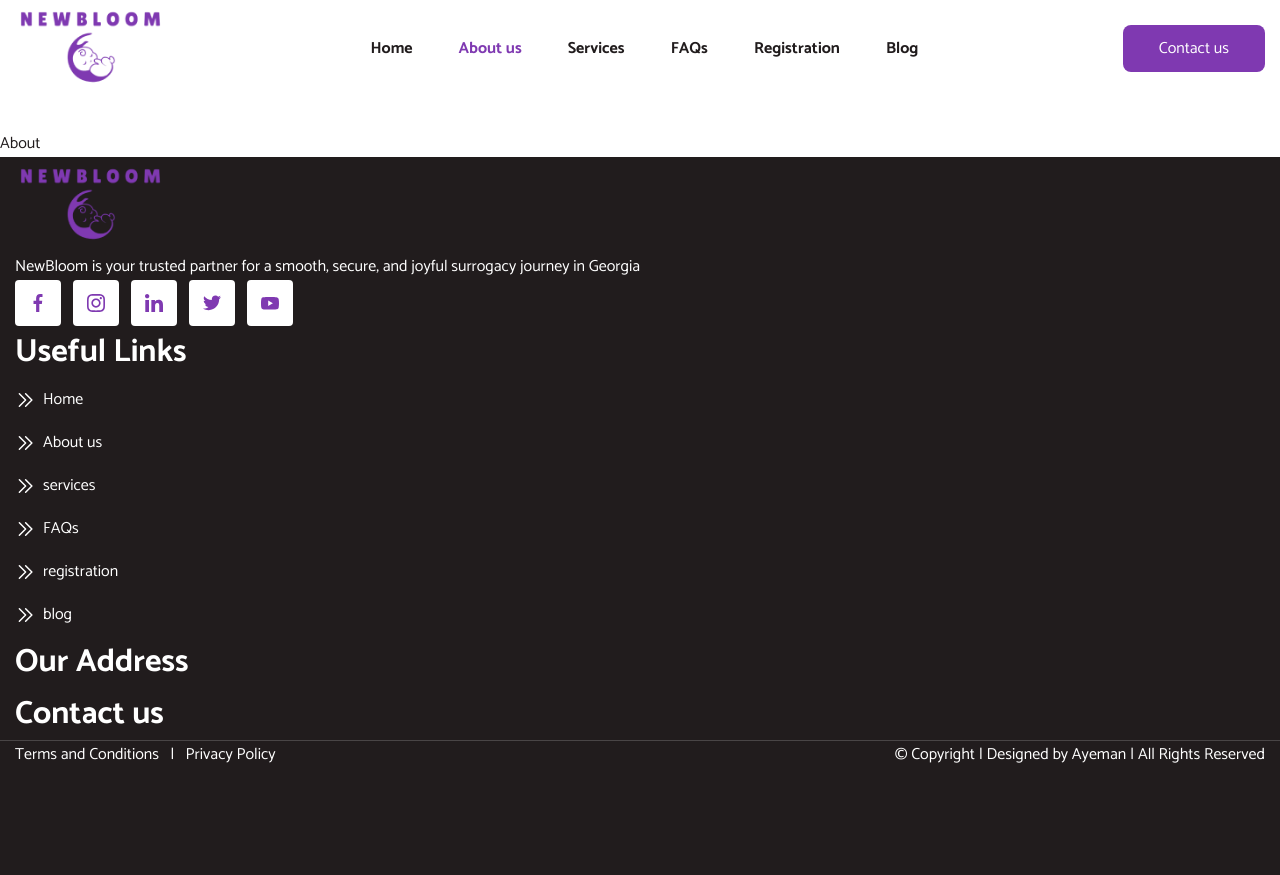
Repository: LenarTulupov/bloom
Page: /about
These files come from the project's save history. The page is drawn as it stood at one moment and after the next save; the edit follows.
The browser window is 1280 px wide. The pictures show the whole page.
The project was rebuilt for these pictures with package versions that can differ from the ones it lists, and the page was loaded fresh each time. The framework's server and built-in components were replaced by stand-ins that run in the browser. Also part of the build but not shown: next.config.ts.

Above is the page before, as saved 2024-12-28 10:40:03.

After the next save:
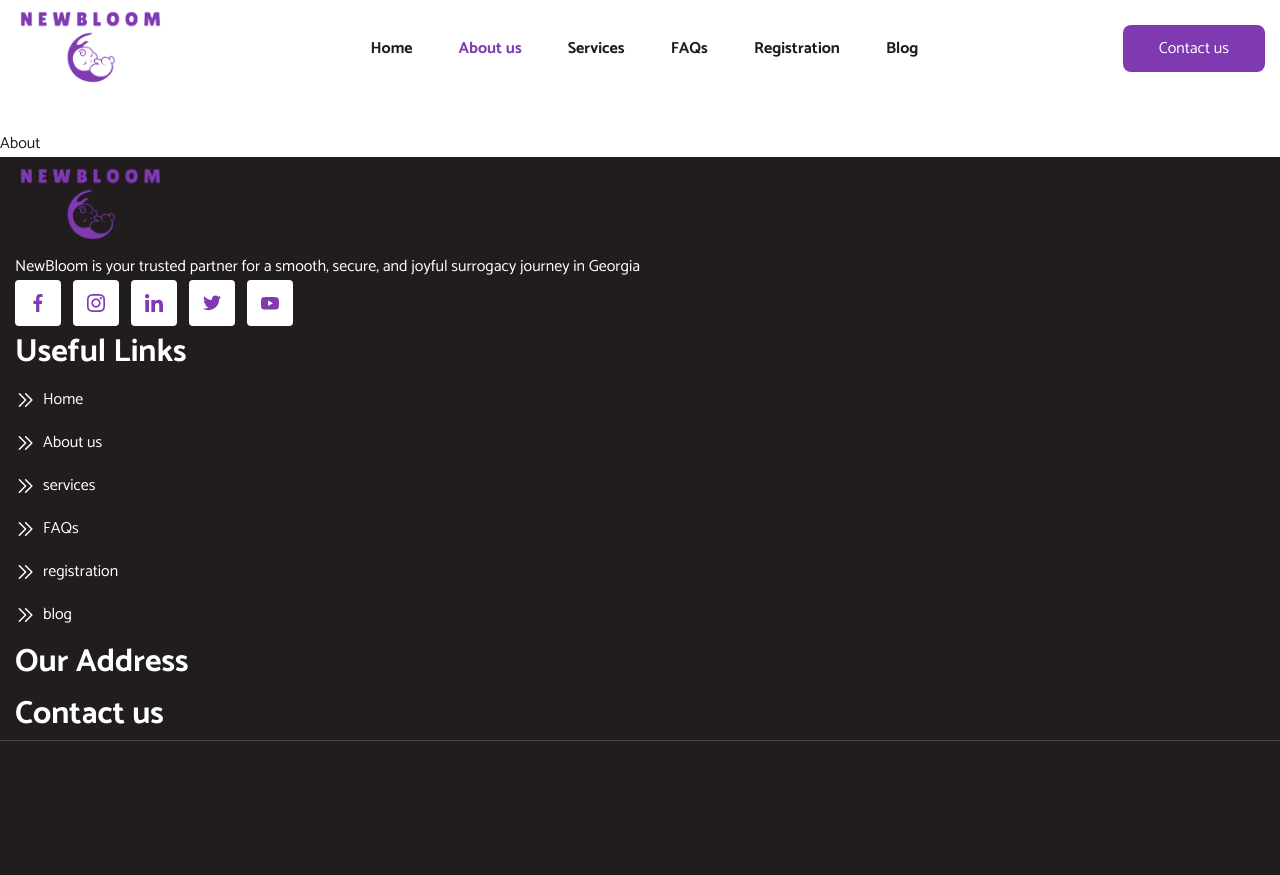
Saved 7 s later.
--- a/src/components/ui/footer/footer.tsx
+++ b/src/components/ui/footer/footer.tsx
@@ -17,10 +17,7 @@ export default function Footer() {
       </Container>
       <Divider />
       <Container>
-        <div className={styles.footer__privacy}>
-          <div>Terms and Conditions   |   Privacy Policy </div>
-          <div>© Copyright | Designed  by Ayeman | All Rights Reserved</div>
-        </div>
+
       </Container>
     </footer>
   )
